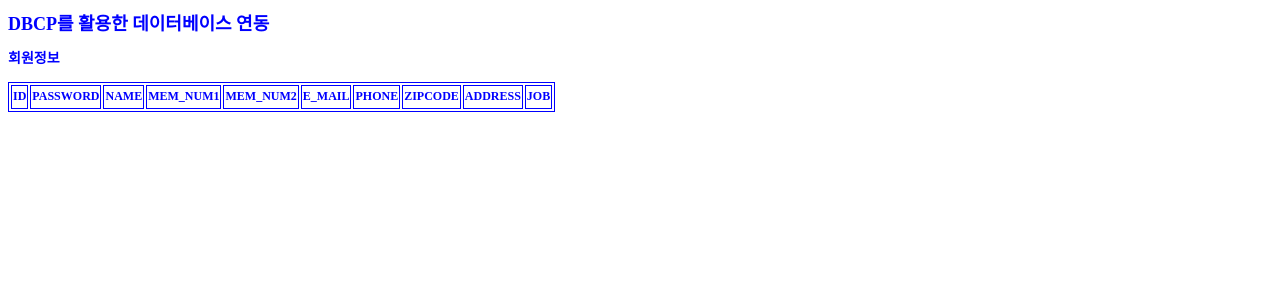
Repository: kr1124/jsp
Page: http://localhost/ServletProject/jdbc/usingDBCP.jsp
The author's editor kept a copy of each file at every save. The page is drawn from the files as they stood at one save, then again after the next save.
The browser window is 1280 px wide. The pictures show the whole page.
The page is served by Tomcat 9. Other server files are loaded and not shown. Queries for data that is not in the repository find no rows.

Above is the page before, as saved 2024-12-06 01:56:35.

### ServletProject/src/main/webapp/jdbc/usingDBCP.jsp
<%@ page import="java.util.Vector"%>
<%@ page language="java" contentType="text/html; charset=UTF-8" pageEncoding="UTF-8" %>
<%@ page import="java.sql.*" %>
<%@ page import="com.jdbc.*" %>

<!DOCTYPE html>
<html>
	<head>
		<meta charset="UTF-8">
		<title>DBCP를 활용한 데이터베이스 연동</title>
		<link href="style.css" rel="stylesheet" type="text/css" >
	</head>
	<body>
		<h2>DBCP를 활용한 데이터베이스 연동</h2>
		<h3>회원정보</h3>
		<table bordercolor="#0000ff" border="1" >
			<tr>
				<td><strong>ID</strong></td>
				<td><strong>PASSWORD</strong></td>
				<td><strong>NAME</strong></td>
				<td><strong>MEM_NUM1</strong></td>
				<td><strong>MEM_NUM2</strong></td>
				<td><strong>E_MAIL</strong></td>
				<td><strong>PHONE</strong></td>
				<td><strong>ZIPCODE</strong></td>
				<td><strong>ADDRESS</strong></td>
				<td><strong>JOB</strong></td>
			</tr>

			<jsp:useBean id="dao" class="com.jdbc.TempMemberDAO" scope="page"/>
			<%
				Vector<TempMemberVO> vlist = dao.getMemberList();
				int counter = vlist.size();

				for(int i = 0; i < vlist.size(); i++) {
					TempMemberVO vo = vlist.elementAt(i);
			%>

			<tr>
				<td><strong><%=vo.getId() %></strong></td>
				<td><strong><%=vo.getPasswd() %></strong></td>
				<td><strong><%=vo.getName() %></strong></td>
				<td><strong><%=vo.getMem_num1() %></strong></td>
				<td><strong><%=vo.getMem_num2() %></strong></td>
				<td><strong><%=vo.getE_mail() %></strong></td>
				<td><strong><%=vo.getPhone() %></strong></td>
				<td><strong><%=vo.getZipcode() %></strong></td>
				<td><strong><%=vo.getAddress() %></strong></td>
				<td><strong><%=vo.getJob() %></strong></td>
			<%}%>

			</tr>
		</table>

	</body>
</html>

### ServletProject/src/main/java/com/jdbc/TempMemberDAO.java
package com.jdbc;

import java.util.*;
import java.sql.*;

public class TempMemberDAO {
//	private final String JDBC_DRIVER="oracle.jdbc.driver.OraclDriver";
//	private final String JDBC_URL="jdbc:oracle:thin:@localhost:1521:orcl";
//	private final String USER="scott";
//	private final String PASS="tiger";
//
//	public TempMemberDAO() {
//		try {
//			Class.forName(JDBC_DRIVER);
//		} catch (Exception e) {
//			System.out.println("error : jdbc 드라이버 로딩 실패");
//		}
//	}

	public Vector<TempMemberVO> getMemberList() {
		Connection con = null;
		Statement stmt = null;
		ResultSet rs = null;

		Vector<TempMemberVO> vecList = new Vector<TempMemberVO>();

		try {
			//con = DriverManager.getConnection(JDBC_URL, USER, PASS);
			con = ConnUtil.getConnection();
			String sql = "select * from tempmember";
			stmt = con.createStatement();
			rs = stmt.executeQuery(sql);

			while(rs.next()) {
				TempMemberVO vo = new TempMemberVO();
				vo.setId(rs.getString("id"));
				vo.setPasswd(rs.getString("passwd"));
				vo.setName(rs.getString("name"));
				vo.setMem_num1(rs.getString("mem_num1"));
				vo.setMem_num2(rs.getString("mem_num2"));
				vo.setE_mail(rs.getString("e_mail"));
				vo.setPhone(rs.getString("phone"));
				vo.setZipcode(rs.getString("zipcode"));
				vo.setAddress(rs.getString("address"));
				vo.setJob(rs.getString("job"));

				vecList.add(vo);
			}
		} catch (Exception e) {
			System.out.println("Exception : " + e);
		} finally {

		}

		return vecList;
	}
}

### ServletProject/src/main/java/com/jdbc/ConnUtil.java
package com.jdbc;

import java.sql.*;
import javax.sql.*;
import javax.naming.*;

public class ConnUtil {
	public static Connection getConnection() {
		Connection con = null;

		try {
			Context initContext = new InitialContext();
			Context envContext  = (Context)initContext.lookup("java:/comp/env");
			DataSource ds = (DataSource)envContext.lookup("jdbc/myOracle");
			con = ds.getConnection();

			System.out.println("데이터베이스 연결 성공");
		} catch(Exception se) {
			System.out.println("데이터베이스 연결 실패");
		}

		return con;
	}
}

### ServletProject/src/main/webapp/jdbc/style.css
@charset "UTF-8";
body, td, select, div, form {
	font-size : 9pt;
	color: blue;
	line-height: 160%;
	font-family: serif;
}

textarea, input {
	border-right: 1px solid #999999;
	border-top: 1px solid #999999;
	border-left: 1px solid #999999;
	border-bottom: 1px solid #999999;
	font-size: 9pt;
	color: black;
	background-color: white;
	font-family: serif;
}

a:link {
	text-decoration: none;
	color: #696969;
}
a:hover {
	text-decoration: yes;
	color: #66ccff;
}
a:visited {
	text-decoration: none;
	color: #330066;
}

After the next save:
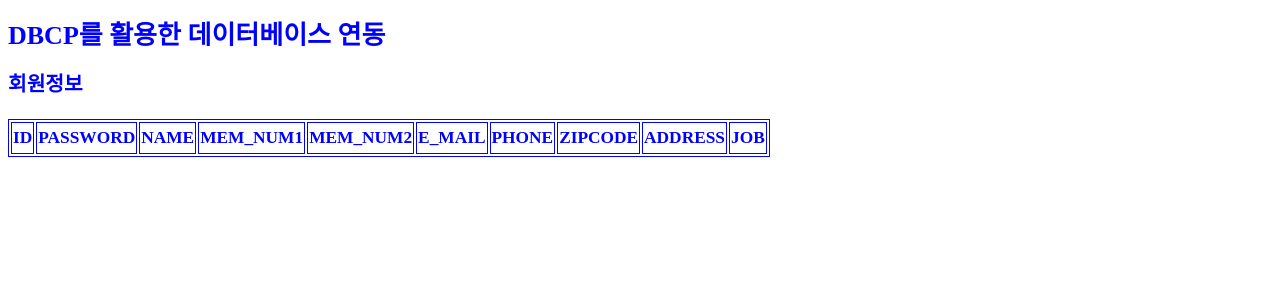
Saved 75 s later.
--- a/ServletProject/src/main/webapp/jdbc/style.css
+++ b/ServletProject/src/main/webapp/jdbc/style.css
@@ -1,6 +1,6 @@
 @charset "UTF-8";
 body, td, select, div, form {
-	font-size : 9pt;
+	font-size : 13pt;
 	color: blue;
 	line-height: 160%;
 	font-family: serif;
